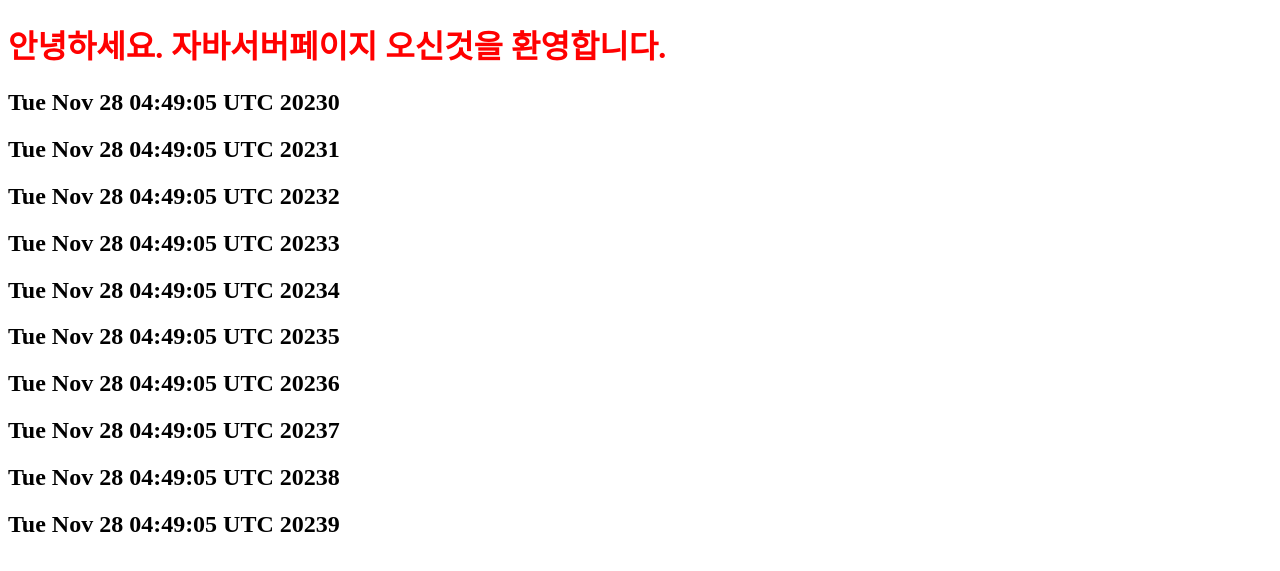
Repository: bjkim247/webproject
Page: http://localhost/jsptest/welcome.jsp
These files come from the project's save history. The page is drawn as it stood at one moment and after the next save; the edit follows.
The browser window is 1280 px wide. The pictures show the whole page.
The page is served by Tomcat 10.

Above is the page before, as saved 2023-11-28 05:47:34.

After the next save:
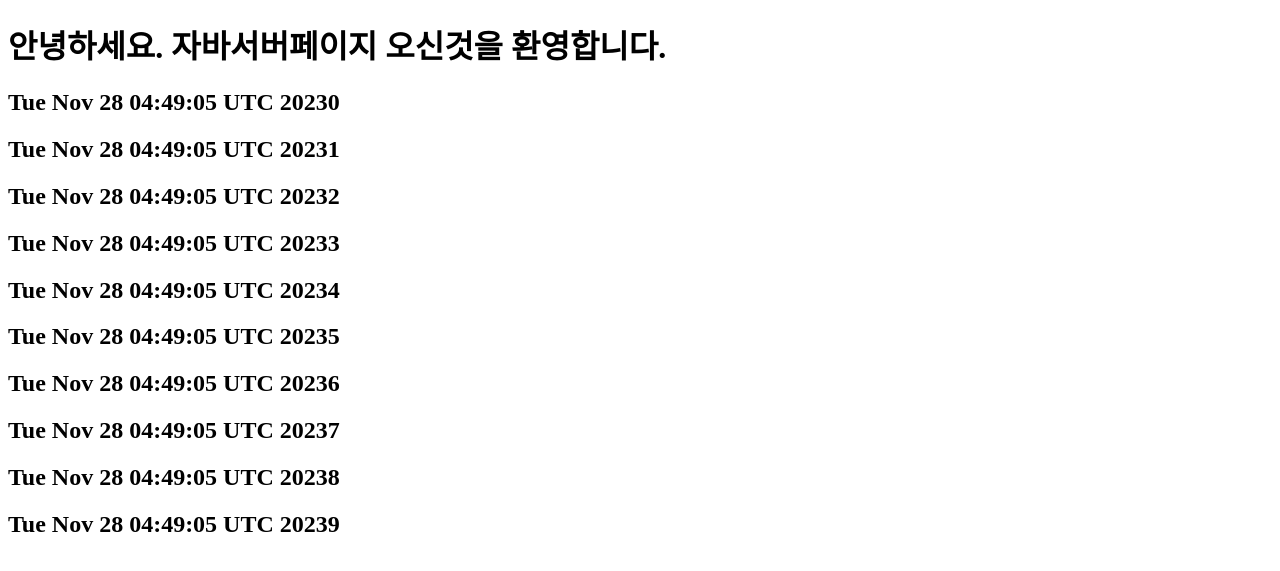
Not found: webproject/jsptest/jsptest/min.css
Saved 16 s later.
--- a/webproject/jsptest/src/main/webapp/welcome.jsp
+++ b/webproject/jsptest/src/main/webapp/welcome.jsp
@@ -6,10 +6,7 @@
 <head>
 <meta charset="UTF-8">
 <title>Insert title here</title>
-<style type="text/css">
-h1 {
-	color: red;
-}
+<link href="min.css" rel="stylesheet" />
 </style>
 <%
 	Date date = new Date();

After the 2 saves that followed:
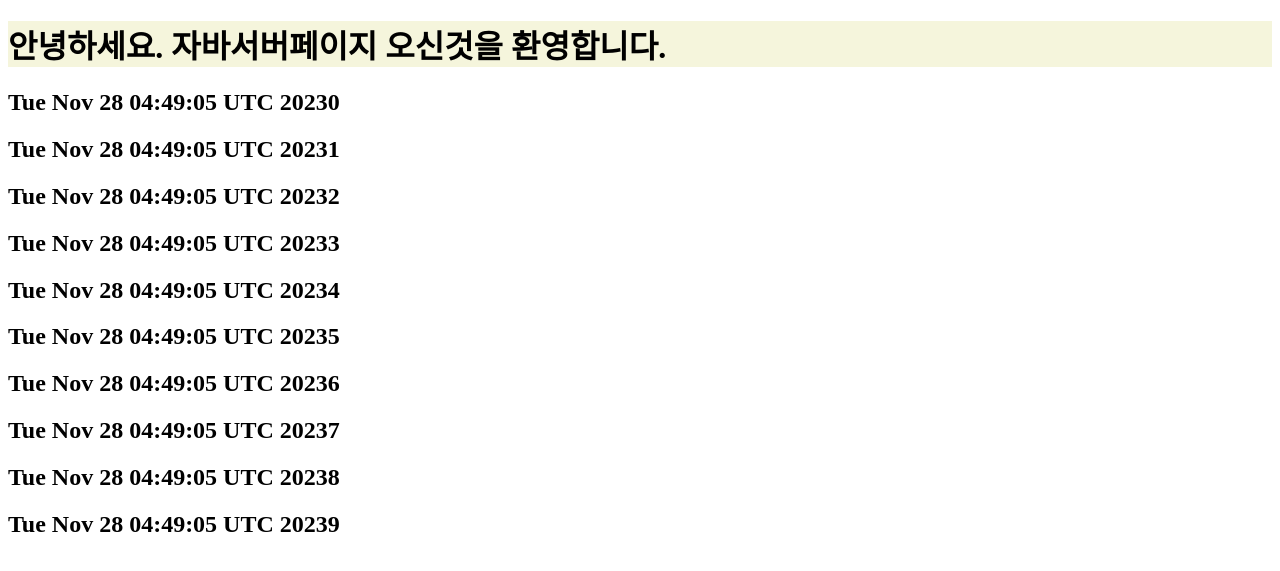
The 2 saves are shown as one change because 1 left the picture as it was.
The last was saved 49 s later.
--- a/webproject/jsptest/src/main/webapp/welcome.jsp
+++ b/webproject/jsptest/src/main/webapp/welcome.jsp
@@ -6,7 +6,7 @@
 <head>
 <meta charset="UTF-8">
 <title>Insert title here</title>
-<link href="min.css" rel="stylesheet" />
+<link href="./css/min.css" rel="stylesheet" />
 </style>
 <%
 	Date date = new Date();
